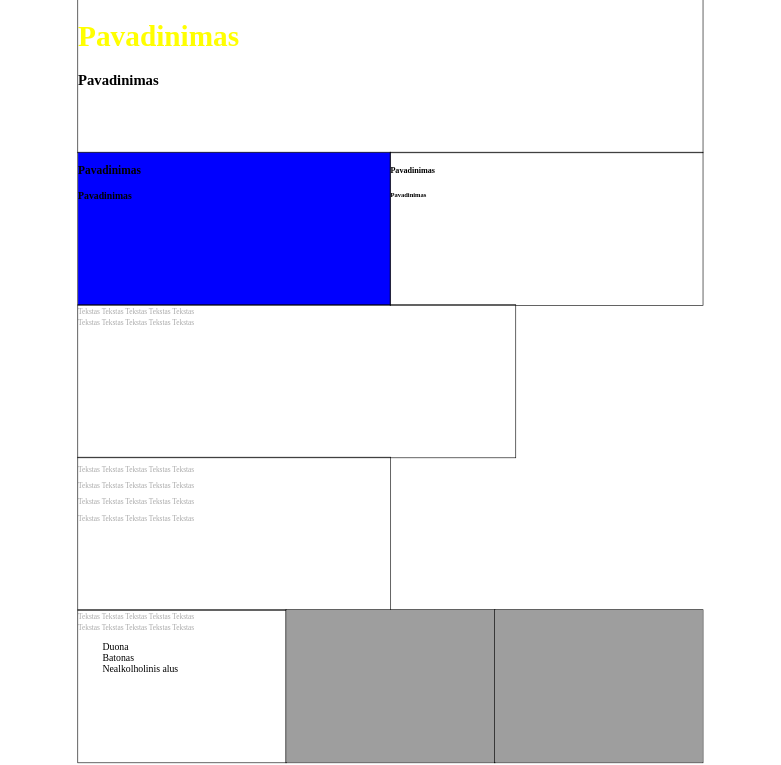
Repository: motiejus1/04-paskaita-praktine-uzduotis
Page: index.html
The author's editor kept a copy of each file at every save. The page is drawn from the files as they stood at one save, then again after a run of saves.
The browser window is 1280 px wide. The pictures show the whole page, at 61% of full size.
Pictures or frames that could not be fetched are drawn as grey boxes.

Above is the page before, as saved 2021-06-05 14:35:09.

### index.html
<!DOCTYPE html>

<html lang="en">

<head>
    <meta charset="UTF-8">
    <meta http-equiv="X-UA-Compatible" content="IE=edge">
    <meta name="viewport" content="width=device-width, initial-scale=1.0">
    <title>Pirma paskaita</title>

    <style>
        body {
            width: 80%;
            margin: auto;
        }

        .eilute {
            width: 100%;
            float: left;
        }


        [class*="col-"] {
            float:left;
            outline: 1px black solid;
            height: 250px;
        }

        .col-100 {

            width: 100%;
        }

        .col-50 {

            width: 50%;
        }

        .col-70 {

            width: 70%;
        }

        .col-30 {

            width: 30%;
        }

        .col-33 {

            width: 33.33%;
        }

        .melyna {
            background-color: blue;
        }

        .geltona {
            background-color: yellow;
        }

        .zalia {
            background-color: green;
        }

        .raudona {
            background-color: red;
        }

        h1 {
            font-size: 48px;
            color: yellow;
        }

        p,
        span {
            font-size: 12px;
            color: darkgray;
        }

        img {
            width: 100%;
            height: 250px;
        }

        .pirkiniu-sarasas {
            list-style: none;
        }
    </style>
</head>

<body>

    <div class="eilute">
        <!-- Stulpelis uzimantis 100% -->
        <div class="col-100">
            <h1>Pavadinimas</h1>
            <h2>Pavadinimas</h2>
        </div>
    </div>
    <div class="eilute">
        <div class="col-50 melyna">
            <h3>Pavadinimas</h3>
            <h4>Pavadinimas</h4>
        </div>
        <div class="col-50">
            <h5>Pavadinimas</h5>
            <h6>Pavadinimas</h6>
        </div>
    </div>
    <div class="eilute">
        <div class="col-70">
            <span>Tekstas Tekstas Tekstas Tekstas Tekstas</span><br>
            <span>Tekstas Tekstas Tekstas Tekstas Tekstas</span><br>
        </div>
        <div class="col-50">
            <p>Tekstas Tekstas Tekstas Tekstas Tekstas</p>
            <p>Tekstas Tekstas Tekstas Tekstas Tekstas</p>
            <p>Tekstas Tekstas Tekstas Tekstas Tekstas</p>
            <p>Tekstas Tekstas Tekstas Tekstas Tekstas</p>
        </div>
    </div>
    <div class="eilute">
        <div class="col-33">
            <span>Tekstas Tekstas Tekstas Tekstas Tekstas</span><br>
            <span>Tekstas Tekstas Tekstas Tekstas Tekstas</span><br>
            <ul class="pirkiniu-sarasas">
                <li>Duona</li>
                <li>Batonas</li>
                <li>Nealkolholinis alus</li>
            </ul>
        </div>
        <div class="col-33">
            <img
                src="https://pixelmechanics.com.sg/wp-content/uploads/2019/06/html5-logo-for-web-development-1200x667.png">
        </div>
        <div class="col-33">
            <img
                src="https://pixelmechanics.com.sg/wp-content/uploads/2019/06/html5-logo-for-web-development-1200x667.png">
        </div>
    </div>

</body>

</html>

After the next 2 saves:
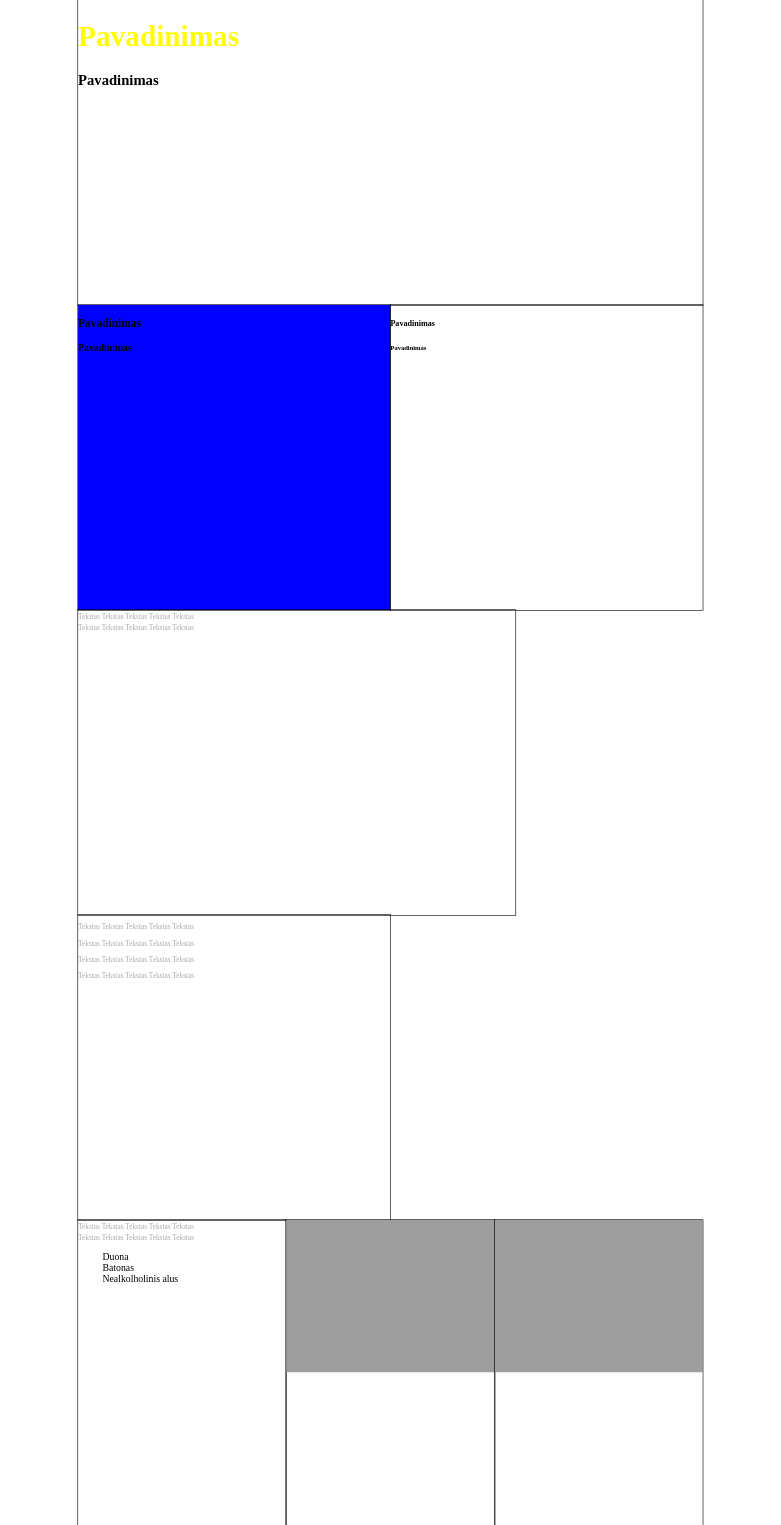
The 2 saves are shown as one change because they came seconds apart.
The last was saved 13 s later.
--- a/index.html
+++ b/index.html
@@ -23,7 +23,7 @@
         [class*="col-"] {
             float:left;
             outline: 1px black solid;
-            height: 250px;
+            height: 500px;
         }
 
         .col-100 {
